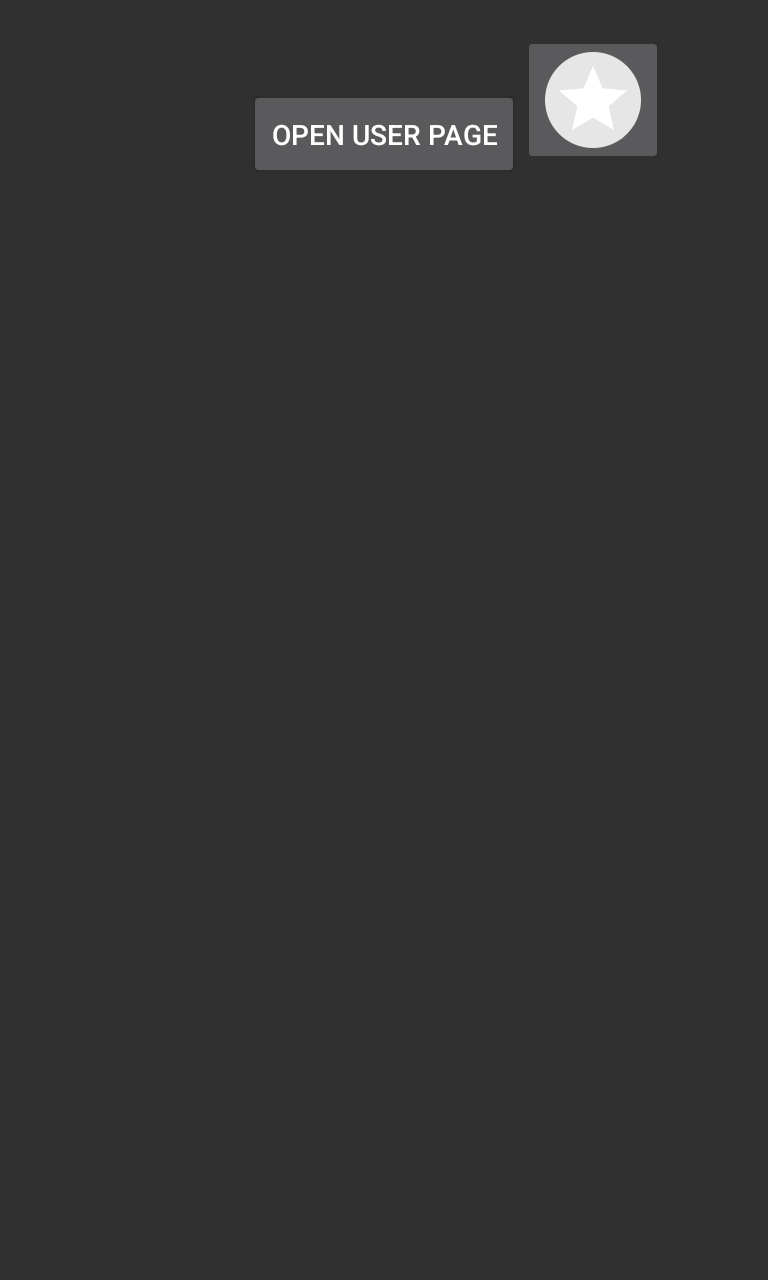
Repository: mberenguerascampi/github_app
Layout: GitHubApp/res/layout/activity_user_detail.xml
These files come from the project's save history. The layout is drawn as it stood at one moment and after the next save; the edit follows.
It is drawn on a 768 x 1280 px phone screen (xhdpi) without system bars, with theme Theme.AppCompat; the app's code is not run.

Above is the layout before, as saved 2014-12-26 14:52:36.

After the next save:
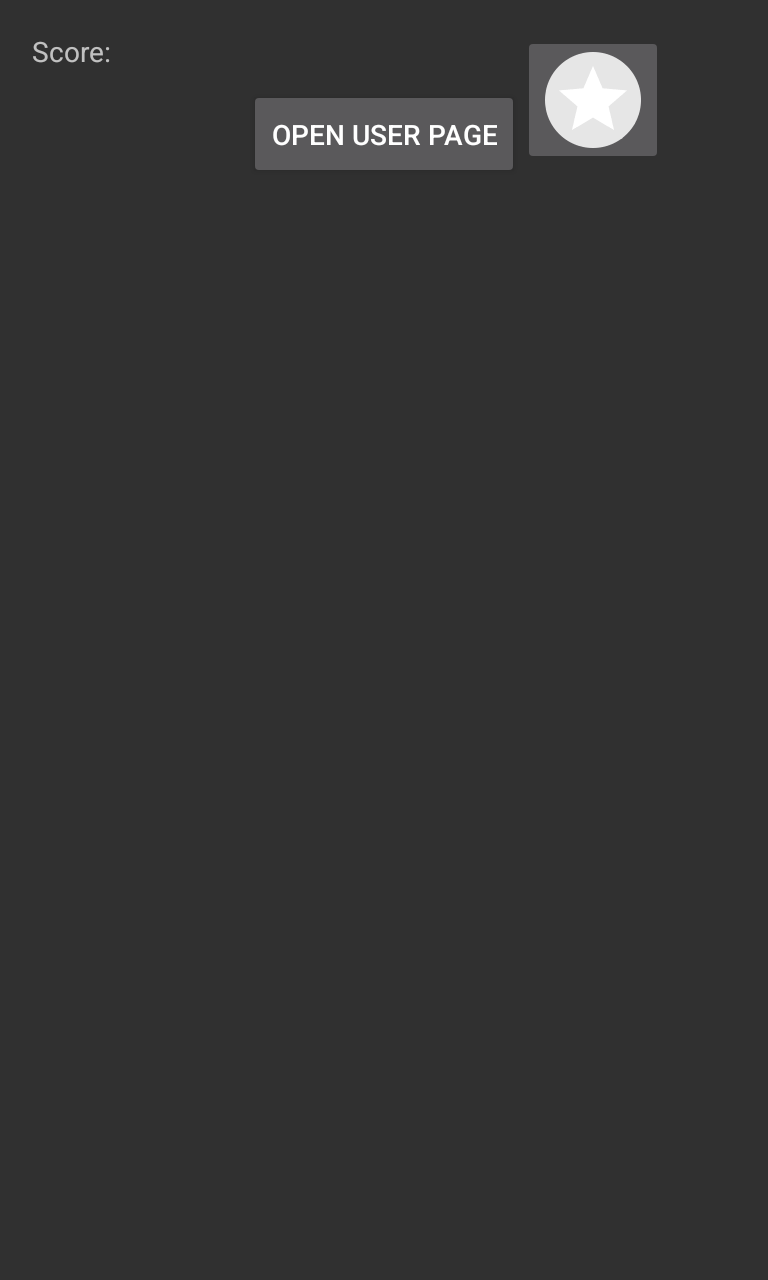
Saved 29 s later.
--- a/GitHubApp/res/layout/activity_user_detail.xml
+++ b/GitHubApp/res/layout/activity_user_detail.xml
@@ -7,6 +7,13 @@
     android:paddingRight="@dimen/activity_horizontal_margin"
     android:paddingTop="@dimen/activity_vertical_margin"
     tools:context="mbc.com.githubapp.activities.UserDetailActivity" >
+
+    <TextView
+        android:id="@+id/score_textview_label"
+        android:layout_width="wrap_content"
+        android:layout_height="wrap_content"
+        android:text="@string/score_label_text"
+     />
 
     <TextView
         android:id="@+id/score_textview"
